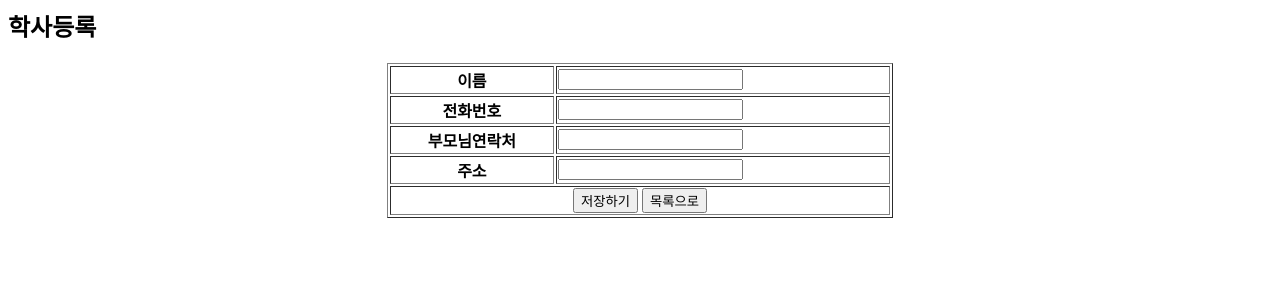
Repository: Mildous/HKIT-BackendClass
Page: http://localhost/jspTest/haksaMember/insert_sub.jsp
The author's editor kept a copy of each file at every save. The page is drawn from the files as they stood at one save, then again after the next save.
The browser window is 1280 px wide. The pictures show the whole page.
The page is served by Tomcat 9.

Above is the page before, as saved 2022-08-17 02:14:59.

After the next save:
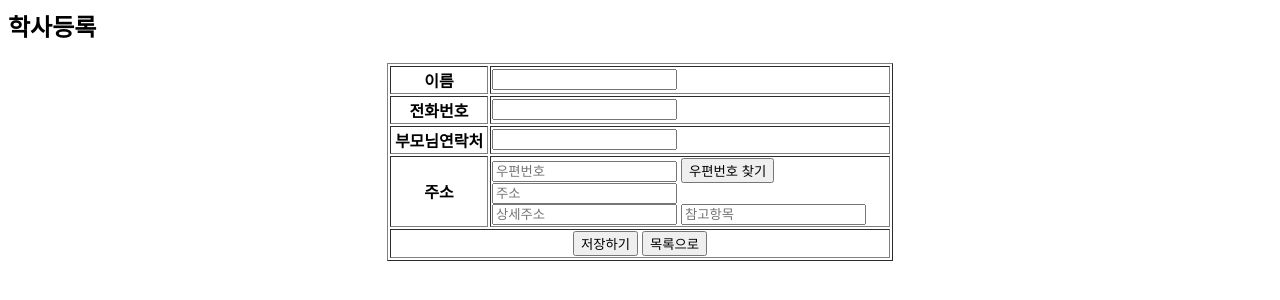
Saved 32 s later.
--- a/workspace/jsp/jspTest/WebContent/haksaMember/insert_sub.jsp
+++ b/workspace/jsp/jspTest/WebContent/haksaMember/insert_sub.jsp
@@ -20,7 +20,13 @@
 	</tr>
 	<tr>
 		<th>주소</th>
-		<td><input type="text" name="phone" id="phone"></td>
+		<td>
+			<input type="text" id="sample6_postcode" placeholder="우편번호" name="postCode">
+			<input type="button" onclick="sample6_execDaumPostcode()" value="우편번호 찾기"><br>
+			<input type="text" id="sample6_address" placeholder="주소" name="address"><br>
+			<input type="text" id="sample6_detailAddress" placeholder="상세주소" name="detailAddr">
+			<input type="text" id="sample6_extraAddress" placeholder="참고항목" name="extraAddr">
+		</td>
 	</tr>
 
 	<tr>
